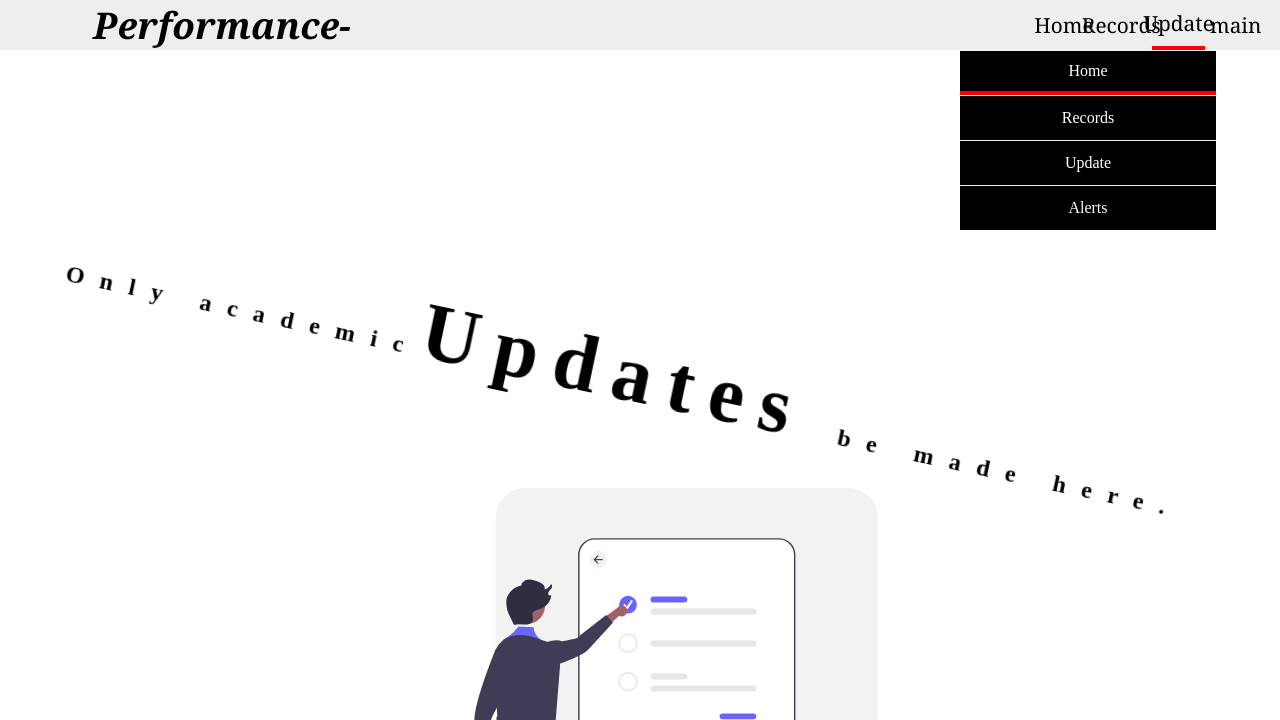
Repository: 3x3cu7er/Shax_001
Page: http://localhost/xupdate/
An editor plug-in stored every save of this project. The page is shown before and after the next save, followed by the edit.
The browser window is 1280 px wide. The pictures show the whole page.
An inner scrolling area shows only its first screen. The page is served by the project's application, run on Django 4.2 (manage.py).

Above is the page before, as saved 2024-01-20 18:56:57.

After the next save:
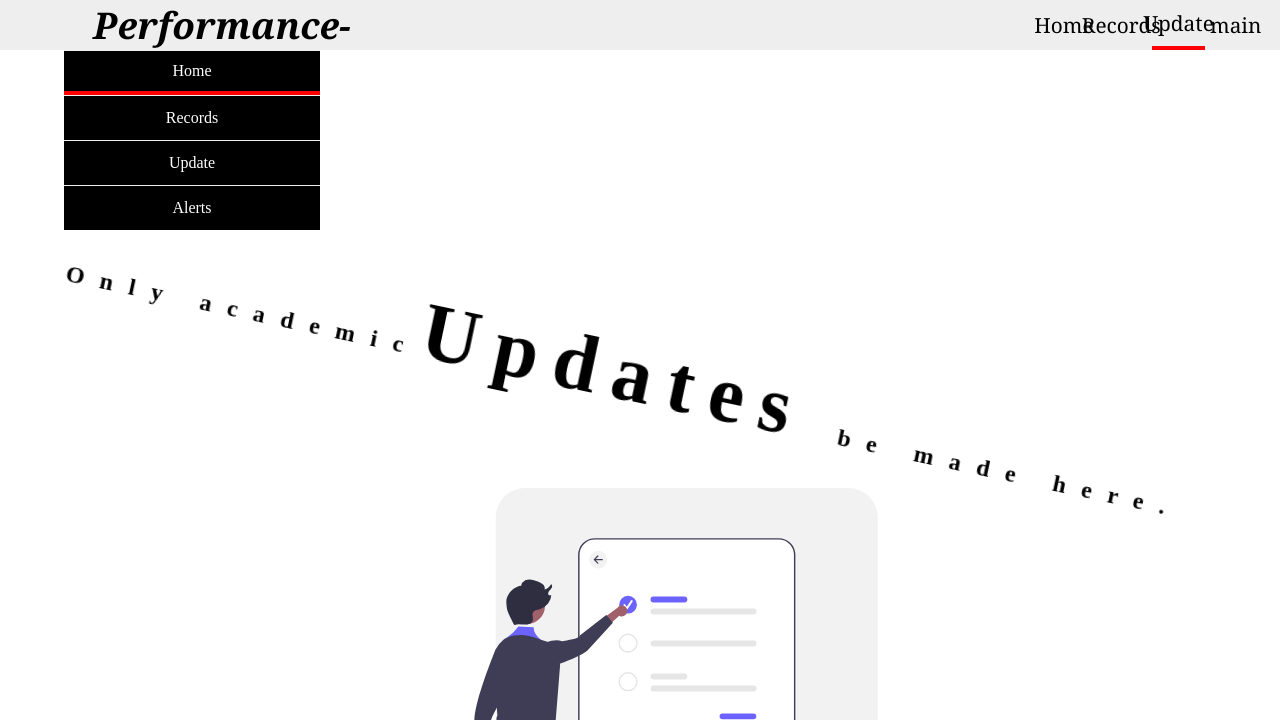
Saved 6 min 43 s later.
--- a/_3x3c47er_Sino_sys/static/css/update.css
+++ b/_3x3c47er_Sino_sys/static/css/update.css
@@ -31,7 +31,7 @@
   width: 20%;
   height: 25%;
   position: relative;
-  left: 75%;
+  left: 5%;
   display: flex;
   align-items: center;
   text-align: center;

After the save that followed:
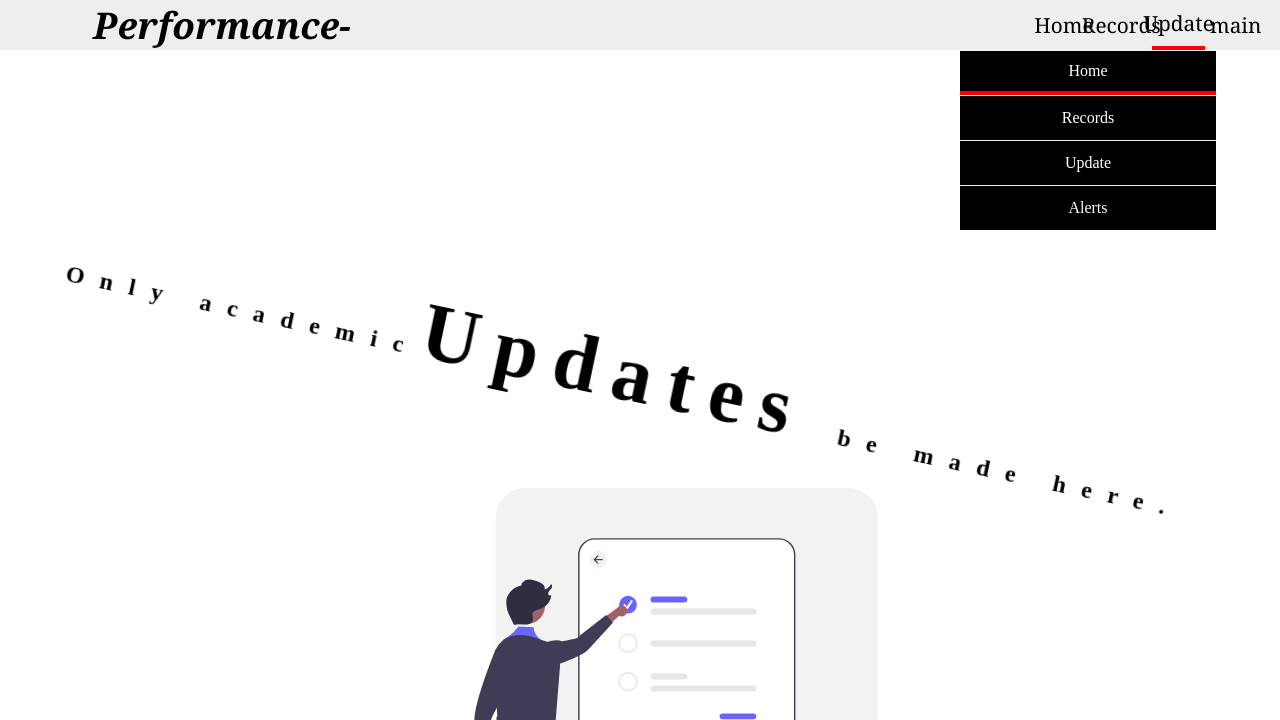
Saved 36 s later.
--- a/_3x3c47er_Sino_sys/static/css/update.css
+++ b/_3x3c47er_Sino_sys/static/css/update.css
@@ -31,7 +31,7 @@
   width: 20%;
   height: 25%;
   position: relative;
-  left: 5%;
+  left: 75%;
   display: flex;
   align-items: center;
   text-align: center;
